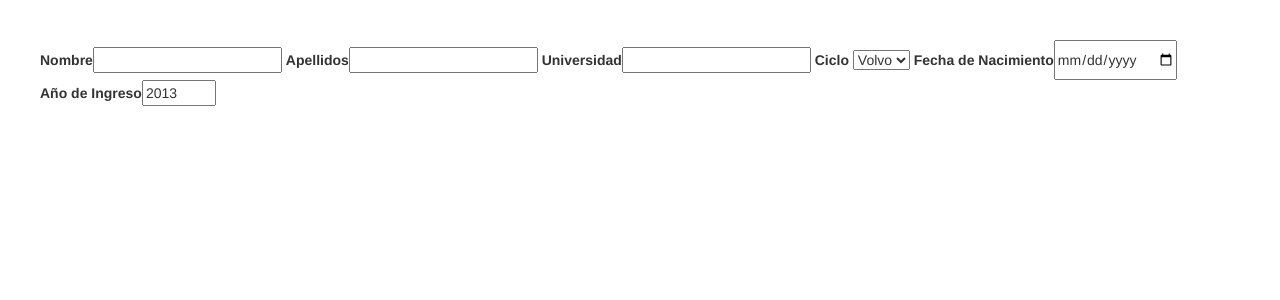
Repository: yoshitomimaehara/sdpa
Page: http://localhost/Sistema_de_Pruebas_Academicas/alumno_insertar.jsp
An editor plug-in stored every save of this project. The page is shown before and after the next save, followed by the edit.
The browser window is 1280 px wide. The pictures show the whole page.
The page is served by Tomcat 9. Other server files are loaded and not shown.

Above is the page before, as saved 2013-10-06 19:53:14.
Console error: TypeError: $(...).alert is not a function

### Web/Sistema de Pruebas Academicas/Sistema de Pruebas Academicas/WebContent/alumno_insertar.jsp
<%@ page language="java" contentType="text/html; charset=ISO-8859-1"
    pageEncoding="ISO-8859-1"%>
<!DOCTYPE html>
<html>
<head>
<title></title>
<link rel="stylesheet" type="text/css" href="css\styles.css"/>
<link rel="stylesheet" href="css\bootstrap.min.css">
<script src="js\jquery.js"></script>
<script src="js\scripts.js"></script>

</head>
<body>
	<form>
		<label>Nombre</label><input type="text" />
		<label>Apellidos</label><input type="text"/>
		<label>Universidad</label><input type="text"/>
		<label>Ciclo</label>
		<select name="ciclo">
		<option value="volvo">Volvo</option>
		</select>
		<label>Fecha de Nacimiento</label><input type="date"/>
		<label>Año de Ingreso</label><input type="number" min="2000" max="2013" value="2013">
	</form>
</body>
</html>

### Web/Sistema de Pruebas Academicas/Sistema de Pruebas Academicas/WebContent/css/styles.css
/*
Nombre:styles.css
Descripcion:Hoja de Estilos
Autores:Yoshitomi Maehara/Liliana Gonzales
Email:
*/
/* universal */
*{
}

/*etiquetas*/
body{
	padding:40px;
}

/* identificadores */
#ingresar{
	background-color: #5162F6;
	color:white;
}

#ingresar:hover{
	background-color: white;
	color:black;

}

#link_contrasenia{
	text-decoration:none;
}

#link_contrasenia:hover{
	text-decoration:none;
}

#academico{
	padding:10px;
	clear: none;
}

#academico:hover{
	display:block;
	padding:10px;
}

/* clases */
.cabecera_index{
  padding:0.8em;
  text-align:center;
  margin: 1em;
}

.login_index{
   border:solid 1px;
   -webkit-border-radius: 8px;
   -moz-border-radius: 8px;
   border-radius: 8px;

}

.alerta{

}

.pie_index{
	height:3em;
	padding:0.5em;
}

.menu_panel{

}
.menu_lista{
	list-style-type:none;
}

.menu_lista li{
	display:inline-block;
	padding:10px;
}

.imagen{
	padding:1em;
	height:30em;
	width:30em;
}

.contenedor{
	border:1px solid #A4A4A4;
	height:30em;
	-webkit-border-radius: 8px;
   	-moz-border-radius: 8px;
   	border-radius: 8px;
   	background-color:#F2F2F2;
}

.contenido_dentro{
	background-color:#F2F2F2;
	border:1px solid #A4A4A4;
	height:30em;
	-webkit-border-radius: 8px;
   	-moz-border-radius: 8px;
   	border-radius: 8px;
}

.menu_dentro{
	background-color:#F2F2F2;
	border:1px solid #A4A4A4;
	height:10em;
	-webkit-border-radius: 8px;
   	-moz-border-radius: 8px;
   	border-radius: 8px;
}

### Web/Sistema de Pruebas Academicas/Sistema de Pruebas Academicas/WebContent/js/scripts.js
/**
 * Nombre:script.js
 * Descripcion: Funciones JavaScript/JQuery
 * Autores:Yoshitomi Maehara/Liliana Gonzales
 * Email:
 */

$(document).ready(function(){
	$().alert();
});

$(function(){
	$('.accesos').click(function(e){
		e.preventDefault();
		$('#main').load($(this).attr('href'));
	});
});

$(function(){
	$('.enlaces').click(function(e){
		e.preventDefault();
		$('#contenido').load($(this).attr('href'));
	});
});

Loaded but not shown: Web/Sistema de Pruebas Academicas/Sistema de Pruebas Academicas/WebContent/css/bootstrap.min.css (library); Web/Sistema de Pruebas Academicas/Sistema de Pruebas Academicas/WebContent/js/jquery.js (library)

After the next save:
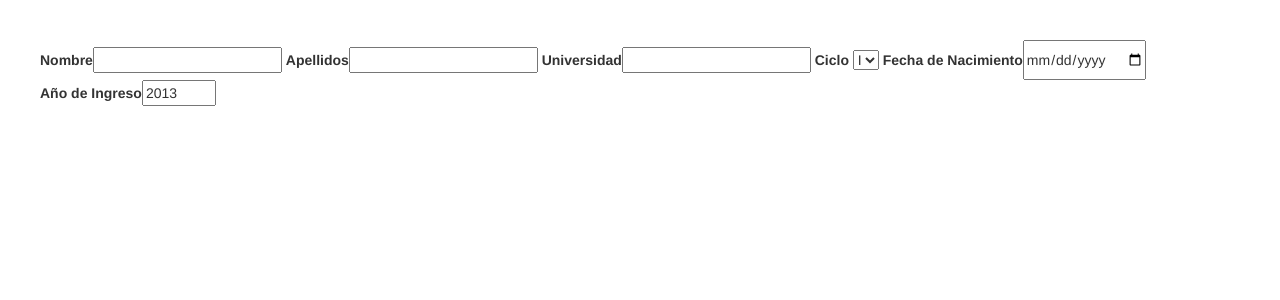
Saved 13 s later.
--- a/Web/Sistema de Pruebas Academicas/Sistema de Pruebas Academicas/WebContent/alumno_insertar.jsp
+++ b/Web/Sistema de Pruebas Academicas/Sistema de Pruebas Academicas/WebContent/alumno_insertar.jsp
@@ -17,7 +17,7 @@
 		<label>Universidad</label><input type="text"/>
 		<label>Ciclo</label>
 		<select name="ciclo">
-		<option value="volvo">Volvo</option>
+		<option value="I">I</option>
 		</select>
 		<label>Fecha de Nacimiento</label><input type="date"/>
 		<label>Año de Ingreso</label><input type="number" min="2000" max="2013" value="2013">
